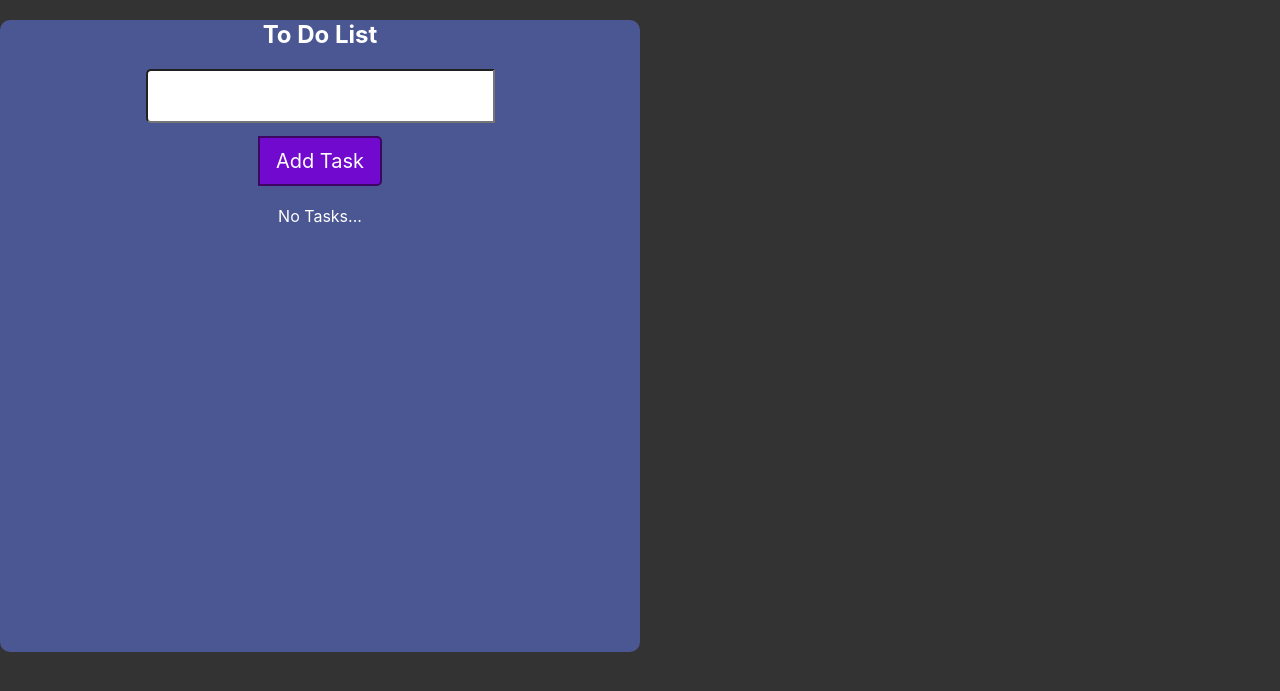
Repository: kirangautam45/ToDoList
Page: /
An editor plug-in stored every save of this project. The page is shown before and after a run of saves, followed by the edit.
The browser window is 1280 px wide. The pictures show the whole page.
The project was rebuilt for these pictures with package versions that can differ from the ones it lists, and the page was loaded fresh each time. Also part of the build but not shown: src/components/Update.js.

Above is the page before, as saved 2022-08-07 20:50:01.

### src/App.js
import { useState } from "react";
import TodoForm from "./components/TodoForm";
import Update from "./components/Update";
import ToDo from "./components/Todo";

import "./App.css";

function App() {
  // Tasks (To Do List) State
  const [toDo, setToDo] = useState([]);
  const [newTask, setNewTask] = useState("");
  const [updateData, setUpdateData] = useState("");

  // Add task
  const addTask = () => {
    if (newTask) {
      let num = toDo.length + 1;
      let newEntry = { id: num, title: newTask, status: false };
      setToDo([...toDo, newEntry]);
      setNewTask("");
    }
  };

  // Delete task
  const deleteTask = (id) => {
    let newTasks = toDo.filter((task) => task.id !== id);
    setToDo(newTasks);
  };

  // Mark task as completed
  const markDone = (id) => {
    let newTask = toDo.map((task) => {
      if (task.id === id) {
        return { ...task, status: !task.status };
      }
      return task;
    });
    setToDo(newTask);
  };

  // Cancel update
  const cancelUpdate = () => {
    setUpdateData("");
  };

  // Change task for update
  const changeTask = (e) => {
    let newEntry = {
      id: updateData.id,
      title: e.target.value,
      status: updateData.status ? true : false,
    };
    setUpdateData(newEntry);
  };

  // Update task
  const updateTask = () => {
    let filterRecords = [...toDo].filter((task) => task.id !== updateData.id);
    let updatedObject = [...filterRecords, updateData];
    setToDo(updatedObject);
    setUpdateData("");
  };
  // search task

  return (
    <div className="container">
      <h2>To Do List</h2>

      {updateData && updateData ? (
        <Update
          updateData={updateData}
          changeTask={changeTask}
          updateTask={updateTask}
          cancelUpdate={cancelUpdate}
        />
      ) : (
        <TodoForm newTask={newTask} setNewTask={setNewTask} addTask={addTask} />
      )}

      {toDo && toDo.length ? "" : "No Tasks..."}

      <ToDo
        toDo={toDo}
        markDone={markDone}
        setUpdateData={setUpdateData}
        deleteTask={deleteTask}
      />
    </div>
  );
}

export default App;

### src/components/TodoForm.js
import React from "react";

const TodoForm = ({ newTask, setNewTask, addTask }) => {
  return (
    <div>
      <div className="row">
        <div className="col">
          <input
            value={newTask}
            onChange={(e) => setNewTask(e.target.value)}
            className="form-control"
          />
        </div>
        <div className="col-auto">
          <button onClick={addTask} className="btn-success">
            Add Task
          </button>
        </div>
      </div>
      <br />
    </div>
  );
};

export default TodoForm;

### src/components/Todo.js
import React from "react";
import { FontAwesomeIcon } from "@fortawesome/react-fontawesome";
import {
  faCircleCheck,
  faPen,
  faTrashCan,
} from "@fortawesome/free-solid-svg-icons";
const Todo = ({ toDo, markDone, setUpdateData, deleteTask }) => {
  return (
    <div>
      {toDo &&
        toDo
          .sort((a, b) => (a.id > b.id ? 1 : -1))
          .map((task, index) => {
            return (
              <React.Fragment key={task.id}>
                <div className="col taskBg">
                  <div className={task.status ? "done" : ""}>
                    <span className="taskNumber">{index + 1}</span>
                    <span className="taskText">{task.title}</span>
                  </div>
                  <div className="iconsWrap">
                    <span
                      title="Completed / Not Completed"
                      onClick={(e) => markDone(task.id)}
                    >
                      <FontAwesomeIcon icon={faCircleCheck} />
                    </span>

                    {task.status ? null : (
                      <span
                        title="Edit"
                        onClick={() =>
                          setUpdateData({
                            id: task.id,
                            title: task.title,
                            status: task.status ? true : false,
                          })
                        }
                      >
                        <FontAwesomeIcon icon={faPen} />
                      </span>
                    )}

                    <span title="Delete" onClick={() => deleteTask(task.id)}>
                      <FontAwesomeIcon icon={faTrashCan} />
                    </span>
                  </div>
                </div>
              </React.Fragment>
            );
          })}
    </div>
  );
};

export default Todo;

### src/App.css
body {
  background-color: #333;
  color: #fff;
}

.container{

  flex-direction: column;
  justify-content: start;
  width: 50%;
  margin-left: ;
  min-height: 600px;
  background: #4a5792;
  text-align: center;
  border-radius: 10px;
  padding-bottom: 32px;
}

.taskBg {
  background-color: rgb(48, 20, 159);
  border-radius: 6px;
  margin-bottom: 20px;
  padding: 10px 140px 10px 15px;
  text-align: left;
  font-size: 22px;
  position: relative;
}

.taskBg div {
  display: flex;
  align-items: center;
}

.taskNumber {
  color: rgb(251, 250, 250);
  border: 1px solid rgb(242, 243, 245);
  border-radius: 50%;
  width: 26px;
  height: 26px;
  display: flex;
  text-align: center;
  font-size: 14px;
  margin-right: 8px;
  align-items: center;
  justify-content: center;
}

.taskBg .taskText {
  flex: 1;
}

.taskBg .done .taskText {
  text-decoration: line-through;
  opacity: 0.8;
}

.taskBg .iconsWrap {
  position: absolute;
  top: 50%;
  transform: translateY(-50%);
  right: 15px;
  width: auto;
  display: inline-block;
}

.taskBg .iconsWrap span {
  display: inline-block;
  margin: 0px 10px 0 10px;
  cursor: pointer;
  color: #94e2be;
}

.taskBg .iconsWrap span:hover {
  color: rgb(250, 250, 23);
}

.mr-20 {
  margin-right: 20px;
}
.btn-success{
  flex: 0.6;
    min-height: 50px;
    font-family: var(--font-family);
    font-weight: 400;
    font-size: 20px;
    line-height: 28px;
    background: #7209ce;
    border: 2px solid #3e0664;
    padding: 0 1rem;
    color: #fff;
    cursor: pointer;
    outline: none;
    margin-top: 2%;
    border-top-right-radius: 5px;
    border-bottom-right-radius: 5px;
}
.btn-warning{
  flex: 0.6;
  min-height: 50px;
  font-weight: 400;
  font-size: 20px;
  line-height: 28px;
  background: #FF4820;
  border: 2px solid #FF4820;
  padding: 0 1rem;
  color: #fff;
  margin-left: 10px;
  margin-top: 2%;
  cursor: pointer;
  outline: none;
  border-top-right-radius: 5px;
  border-bottom-right-radius: 5px;

}

.form-control{
  flex: 2;
  min-height: 50px;
  font-family: var(--font-family);
  font-weight: 400;
  font-size: 20px;
  line-height: 28px;
  padding: 0 1rem;
  outline: none;
  color: rgb(28, 27, 27);
  border-top-left-radius: 5px;
  border-bottom-left-radius: 5px;
}

Loaded but not shown: public/index.html (common file); src/index.js (common file); src/index.css (common file); src/reportWebVitals.js (common file)

After the next 2 saves:
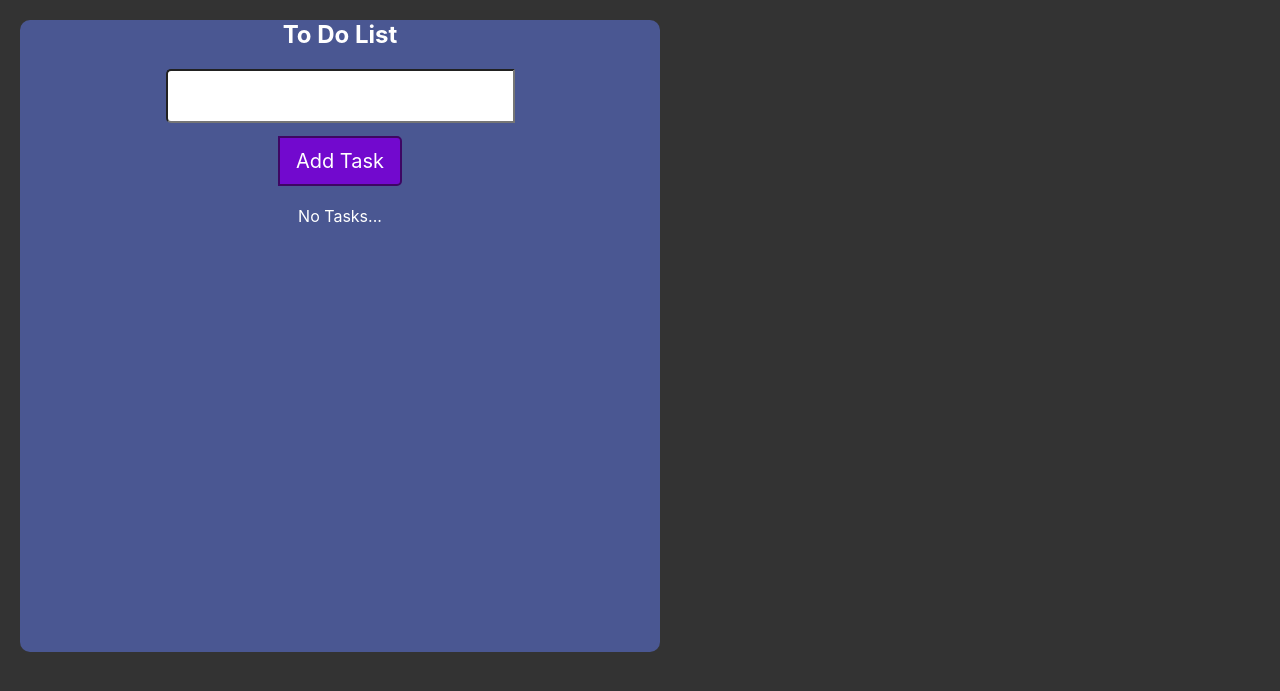
The 2 saves are shown as one change because they came seconds apart.
The last was saved 7 s later.
--- a/src/App.css
+++ b/src/App.css
@@ -8,7 +8,7 @@ body {
   flex-direction: column;
   justify-content: start;
   width: 50%;
-  margin-left: ;
+  margin-left: 20px;
   min-height: 600px;
   background: #4a5792;
   text-align: center;
